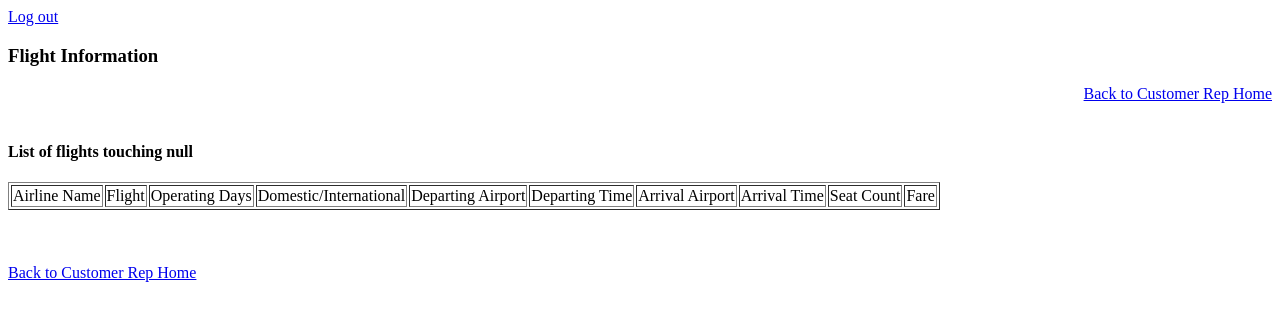
Repository: Pheazon/data_management
Page: http://localhost/cs336Final/flightsGivenAirport.jsp
The author's editor kept a copy of each file at every save. The page is drawn from the files as they stood at one save, then again after the next save.
The browser window is 1280 px wide. The pictures show the whole page.
The page is served by Tomcat 9. Queries for data that is not in the repository find no rows.

Above is the page before, as saved 2019-12-13 02:15:16.

After the next save:
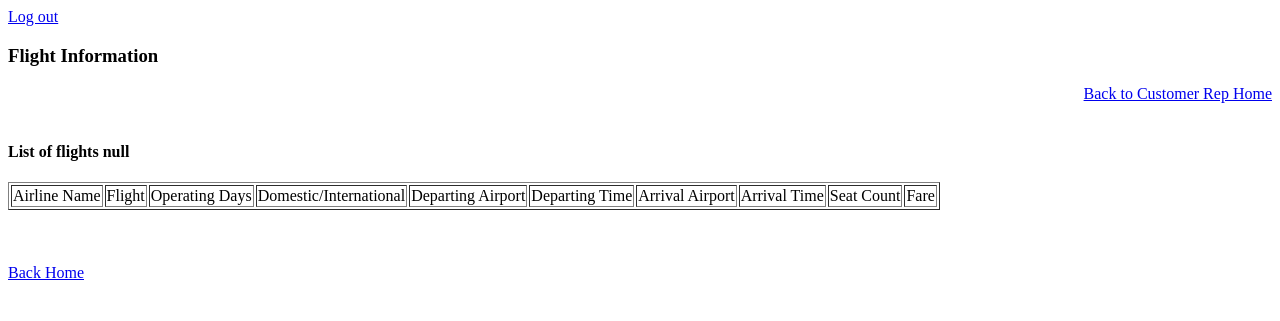
Saved 4 min 16 s later.
--- a/cs336Final/WebContent/flightsGivenAirport.jsp
+++ b/cs336Final/WebContent/flightsGivenAirport.jsp
@@ -11,13 +11,13 @@
 <body>
 
 
-<a href='../LogOut.jsp'>Log out</a>
+<a href='logout.jsp'>Log out</a>
 
 
 <h3>Flight Information</h3>
 <div align='right'><a href="../HomePages/CustomerRepHome.jsp">Back to Customer Rep Home</a></div> <br>
 
-<h4>List of flights touching
+<h4>List of flights
 <%=request.getParameter("airportID")%>
 </h4>
 
@@ -160,7 +160,7 @@
 %>
 
 <br><br><br>
-<a href="../HomePages/CustomerRepHome.jsp">Back to Customer Rep Home</a>
+<a href="success.jsp">Back Home</a>
 
 
 </body>
